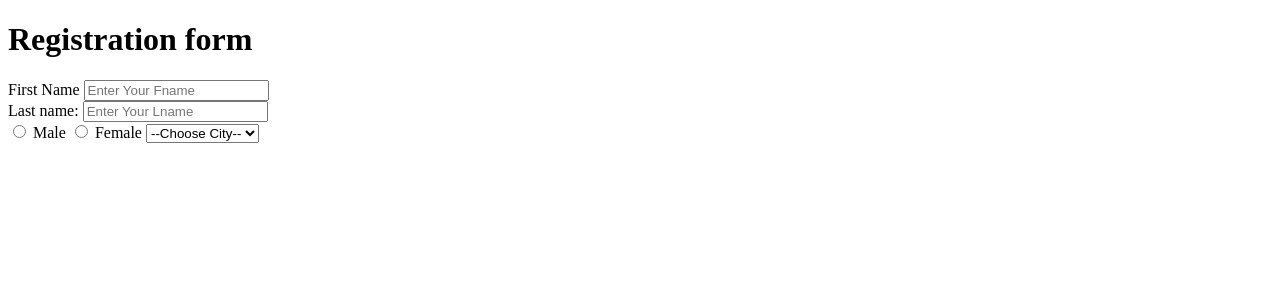
Repository: yuktavyas14/vscode
Page: index.html
An editor plug-in stored every save of this project. The page is shown before and after the next save, followed by the edit.
The browser window is 1280 px wide. The pictures show the whole page.

Above is the page before, as saved 2021-06-08 15:44:41.

### index.html
<!DOCTYPE html>
<html lang="en">
<head>
    <meta charset="UTF-8">
    <meta http-equiv="X-UA-Compatible" content="IE=edge">
    <meta name="viewport" content="width=device-width, initial-scale=1.0">
    <title>Form</title>
    <link rel="stylesheet" href="style.css">
</head>
<body>
    <h1>Registration form</h1>
    <form action="send.php">
        <label for="fname">First Name</label>
        <input type="text" placeholder="Enter Your Fname" required ><br>
        <label for="lname">Last name:</label>
        <input type="text" placeholder="Enter Your Lname" required ><br>
        <input type="radio" name="gender" required > Male
        <input type="radio" name="gender" required > Female
        <select required>
            <option value="">--Choose City--</option>
            <option>New Delhi</option>
            <option>Chennai</option>
            <option>Mumbai</option>
            <option>Kolkata</option>
        </select>
    </form>
</body>
</html>

Loaded but not shown: style.css (no stored copy; drawn as an empty file)

After the next save:
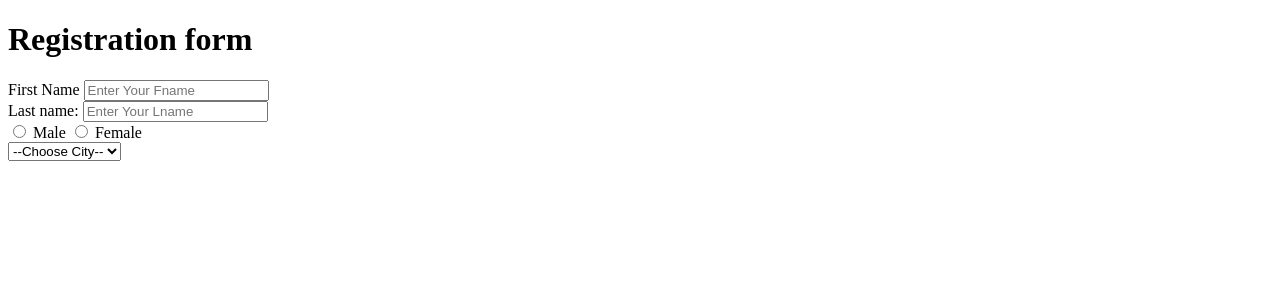
Saved 53 s later.
--- a/index.html
+++ b/index.html
@@ -15,7 +15,7 @@
         <label for="lname">Last name:</label>
         <input type="text" placeholder="Enter Your Lname" required ><br>
         <input type="radio" name="gender" required > Male
-        <input type="radio" name="gender" required > Female
+        <input type="radio" name="gender" required > Female <br>
         <select required>
             <option value="">--Choose City--</option>
             <option>New Delhi</option>
